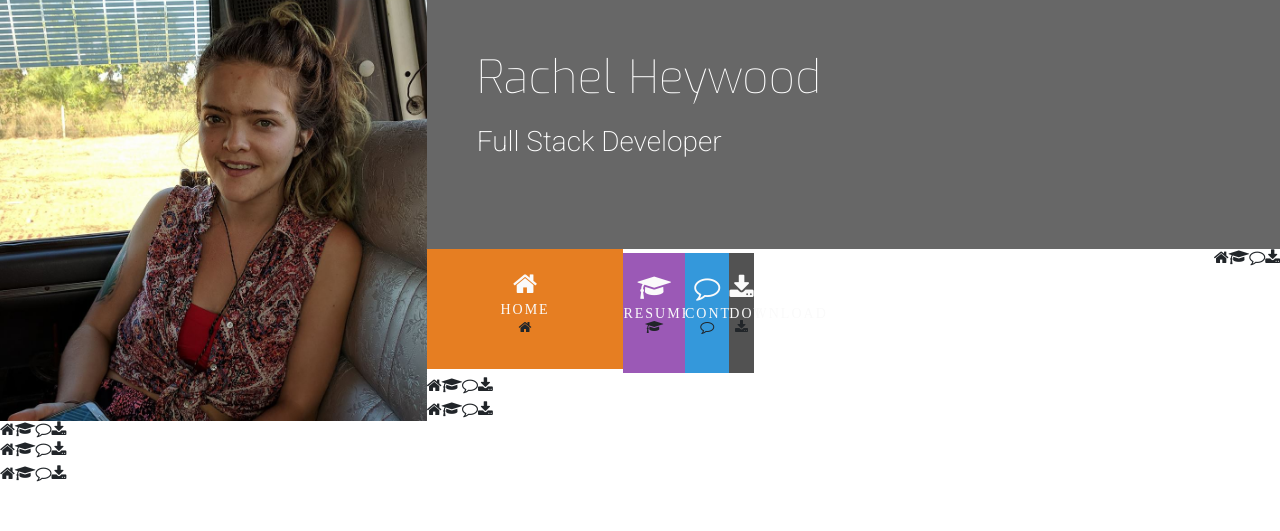
Repository: Heywood93/resume
Page: index.html
The author's editor kept a record of every edit. The page is drawn from the files as they stood at one moment, then again after the next edit.
The browser window is 1280 px wide. The pictures show the whole page.

Above is the page before.

After the next edit:
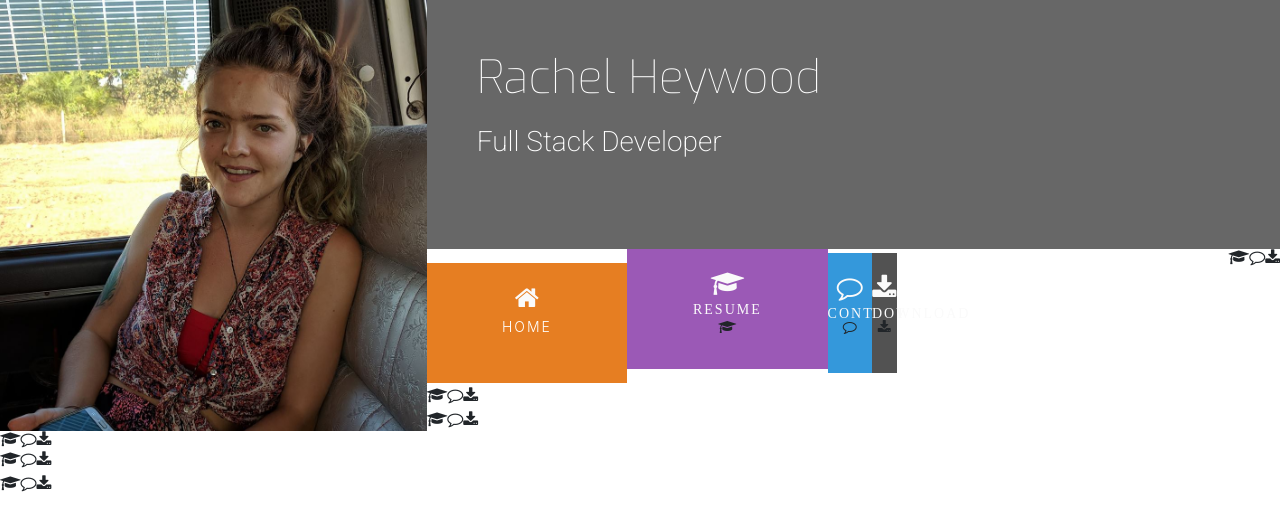
The edit:
--- a/index.html
+++ b/index.html
@@ -26,7 +26,7 @@
                     <div class="col">
                         <ul id="nav" class="list-inline menucontainer">
                             <li class="col-6 col-sm-3 ui-menu-color-home list-inline-item menuitem">
-                                <a href="#"><i class="fa fa-home" aria-hidden="true"></span><span>Home</span></a>
+                                <a href="#"><i class="fa fa-home" aria-hidden="true"></i><span>Home</span></a>
                             </li>
                             <li class="col-6 col-sm-3 ui-menu-color-resume list-inline-item menuitem">
                                 <a href="#"><i class="fa fa-graduation-cap" aria-hidden="true"></span><span>Resume</span></a>
